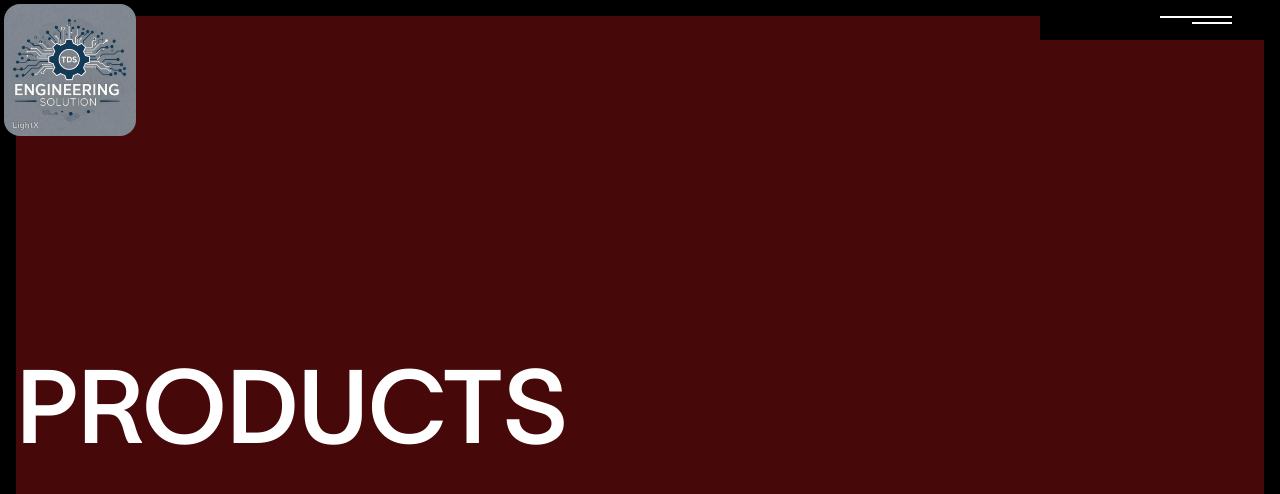
Repository: pallavikhairnar171-frontend/start-up
Page: /product
An editor plug-in stored every save of this project. The page is shown before and after the next save, followed by the edit.
The browser window is 1280 px wide. The pictures show the part of the page from y = 0 to 494 px (the page is 4806 px tall before and 720 px after).
Pictures or frames that could not be fetched are drawn as grey boxes. The project was rebuilt for these pictures with package versions that can differ from the ones it lists, and the page was loaded fresh each time. Also part of the build but not shown: vite.config.js, src/components/Home/Video.jsx, src/components/Home/HomeTopText.jsx, src/components/Home/HomeBottomText.jsx, src/Pages/Home.jsx, src/Pages/About.jsx, src/Pages/Contact.jsx.

Above is the page before, as saved 2025-09-19 16:43:49.

### src/main.jsx
import { StrictMode } from "react";
import { createRoot } from "react-dom/client";
import "./index.css";
import App from "./App.jsx";
import { BrowserRouter } from "react-router-dom";
import Onloading from "./components/common/Onloading.jsx";
import NavContext, { NavBarContext } from "./context/NavContext.jsx";

createRoot(document.getElementById("root")).render(
  <StrictMode>
    <BrowserRouter>
      <Onloading>
       <NavContext>
        <App />
       </NavContext>
      </Onloading>
    </BrowserRouter>
  </StrictMode>
);

### src/index.css
@import "tailwindcss";

@font-face{
  font-family: font1;
  src: url('../public/font/Lausanne-300.woff2');
}
@font-face{
  font-family: font2;
  src: url('../public/font/Lausanne-500.woff2');
}
body{
  background: black;

}
.moveLink{
  opacity: 0;
   transition: all ease 0.5s;
}
.link:hover .moveLink{
  opacity: 1;

}
.moveX{
animation-name: moveAnimation;
animation-duration: 10s;
animation-iteration-count: infinite;
animation-timing-function: linear;
}
@keyframes moveAnimation {
  from{
    transform: translate(0);
  }
  to{
    transform: translateX(-100%);
  }
}

### src/App.jsx
import React, {  } from "react";
import { Route, Routes } from "react-router-dom";
import Home from "./Pages/Home";
import Product from "./Pages/Product";
import About from "./Pages/About";
import Contact from "./Pages/Contact";
import Navbar from "./components/Navigations/Navbar";
import NavbarPage from "./components/Navigations/NavbarPage";

const App = () => {

  return (
    <div className="text-white ">
      <Navbar />

      <NavbarPage></NavbarPage>

      <Routes>
        <Route path="/" element={<Home />} />
        <Route path="/product" element={<Product />} />
        <Route path="/about" element={<About />} />
        <Route path="/contact" element={<Contact />} />
      </Routes>
    </div>
  );
};

export default App;

### src/components/common/Onloading.jsx
import React, { useRef } from "react";
import { useGSAP } from "@gsap/react";
import gsap from "gsap";
import { useLocation } from "react-router-dom";

const Onloading = (props) => {
  const animParentRef = useRef(null);
  const childDivRef =useRef(null);
  const currentPath =useLocation().pathname
  console.log(currentPath ,props);
  useGSAP(function () {

       const tl = gsap.timeline();
    tl.to(animParentRef.current, {
      display: "block",
    });
    tl.from(".anim", {
      height: 0,
      stagger: {
        amount: -0.25,
      },
    });
    tl.to(".anim", {
      y: "100%",
      duration: 1,
      stagger: {
        amount: -0.25,
      },
    });
    tl.to(animParentRef.current, {
      display: "none",
    });
    tl.to(".anim", {
      y: "0%",
    });
    gsap.from(childDivRef.current,{
      opacity:0,
      delay:1.3,
      scale:1.2
    })


  },[currentPath]);

  return (
    <div>
      <div ref={animParentRef} className="h-screen w-full  fixed z-20 top-0">
        <div className="h-full w-full flex  ">
          <div className="anim h-full w-1/5 bg-black"></div>
          <div className="anim h-full w-1/5 bg-black"></div>
          <div className="anim h-full w-1/5 bg-black"></div>
          <div className="anim h-full w-1/5 bg-black"></div>
          <div className="anim h-full w-1/5 bg-black"></div>
        </div>
      </div>
      <div ref={childDivRef}>
        { props.children}
      </div>
    </div>
  );
};

export default Onloading;

### src/context/NavContext.jsx
import React from 'react'
import { useState } from 'react'
import { createContext } from 'react'

export const NavBarContext=  createContext()
const NavContext = ({children}) => {
    const [navShoe, setNavShow] = useState(false)
  return (
    <div>
   <NavBarContext.Provider value={ [navShoe, setNavShow]}>
    {children}
   </NavBarContext.Provider>

    </div>
  )
}

export default NavContext

### src/Pages/Product.jsx
import React from "react";
import { imageArray } from "../data.jsx/data";
import ProductCard from "../components/Product/ProductCard";

const Product = () => {

  return (
    <div className="p-4">
      <div className="bg-red-950 pt-[45vh]">
        <h2 className="font-[font2] text-[8vw] uppercase">Products</h2>
      </div>
      <div>

        {imageArray.map((el,index)=><ProductCard key={index} data={el} />)}

      </div>
    </div>
  );
};

export default Product;

### src/components/Navigations/Navbar.jsx
import React, { use, useContext, useRef } from "react";
import logo from "../../assets/logo.jpg";
import { NavBarContext } from "../../context/NavContext";

const Navbar = () => {
  const hoverDiv = useRef(null);
  const [openNav, setOpenNav] = useContext(NavBarContext);
  return (
    <div className="flex justify-between z-4 fixed items-start w-full">
      <div className="h-35 w-35 p-1">
        <img className="h-full w-full rounded-2xl" src={logo} alt="" />
      </div>
      <div
        onMouseEnter={() => {
          hoverDiv.current.style.height = "100%";
        }}
        onMouseLeave={() => {
          hoverDiv.current.style.height = "0%";
        }}
        className="h-10 relative bg-black w-60"
      >
        <div
          ref={hoverDiv}
          className="bg-red-200 transition-all absolute top-0 h-0 w-full"
        ></div>
        <div className=" relative h-full px-12 flex flex-col justify-center items-end gap-1" onClick={()=>setOpenNav(true)}>
          <div className="w-18 h-0.5 bg-white"></div>
          <div className="w-10 h-0.5 bg-white"></div>
        </div>
      </div>
    </div>
  );
};

export default Navbar;

### src/components/Navigations/NavbarPage.jsx
import React, { useRef } from "react";
import img from "../../assets/slider/img.jpg";
import img1 from "../../assets/slider/img1.jpg";
import img2 from "../../assets/slider/img2.jpg";
import img3 from "../../assets/slider/img3.jpg";
import img4 from "../../assets/slider/img4.jpg";

import logo from "../../assets/logo.jpg";
import Onloading from "../common/Onloading";
import { useGSAP } from "@gsap/react";
import gsap from "gsap";
import { useContext } from "react";
import NavContext, { NavBarContext } from "../../context/NavContext";

const NavbarPage = () => {
  const [navOpen, SetNavOpen] = useContext(NavBarContext);
  console.log(navOpen, "========");
  const fullScreenNav = useRef(null);
  const fullScreenDiv = useRef(null);
  const gsapAnimation = ()=>{
      const tl = gsap.timeline()
        tl.to('.fullScreen_Nav', {
            display: 'block'
        })
        tl.to('.animi', {
            delay: 0.2,
            height: '100%',
            stagger: {
                amount: -0.3
            }
        })
        tl.to('.link', {
            opacity: 1,
            rotateX: 0,
            stagger: {
                amount: 0.3
            }
        })
        tl.to('.nav_link', {
            opacity: 1
        })


  }

  const gsapAnimationRevers =()=>{
     const tl = gsap.timeline()
        tl.to('.link', {
            opacity: 0,
            rotateX: 90,
            stagger: {
                amount: 0.1
            }
        })
        tl.to('.animi', {
            height: 0,
            stagger: {
                amount: 0.1
            }
        })
        tl.to('.nav_link', {
            opacity: 0
        })
        tl.to('.fullScreen_Nav', {
            display: 'none',
        })
  }

  useGSAP(
    function () {
      if (navOpen) {

        gsapAnimation()

      } else {
        gsapAnimationRevers()

      }
    },
    [navOpen]
  );

  return (
    <div
      ref={fullScreenDiv}
      id="fullScreen"
      className="hidden fullScreen_Nav h-screen z-50 overflow-hidden  w-full absolute bg-black"
    >
      <div className="h-screen w-full fixed">
        <div className="h-full w-full flex  ">
          <div className="animi h-full w-1/5 bg-black"></div>
          <div className="animi h-full w-1/5 bg-black"></div>
          <div className="animi h-full w-1/5 bg-black"></div>
          <div className="animi h-full w-1/5 bg-black"></div>
          <div className="animi h-full w-1/5 bg-black"></div>
        </div>
      </div>
      <div ref={fullScreenNav} className="relative">
        <div className="nav_link flex w-full p-5 justify-between items-start">
          <div className="h-35 w-35 p-1">
            <img className="h-full w-full rounded-2xl" src={logo} alt="" />
          </div>
          <div
            className="h-28 relative  w-28 cursor-pointer"
            onClick={() => SetNavOpen(false)}
          >
            <div className="h-40 w-0.5 -rotate-45 origin-top absolute bg-white"></div>
            <div className="h-40 w-0.5 right-0 rotate-45 origin-top absolute bg-white"></div>
          </div>
        </div>
        <div id="all-linkk" className="py-40">
          <div className="link origin-top relative  border-t-1 ">
            <h1 className="font-[font2]  text-[6vw] uppercase leading-[0.7] pt-4 text-center">
              Product
            </h1>
            <div className="absolute moveLink top-0 flex">
              <div className="moveX flex bg-amber-950   items-center">
                <h2 className="whitespace-nowrap font-[font2]  text-[6vw] uppercase leading-[0.7] pt-4 text-center">
                  Pour top viss
                </h2>
                <img
                  className="h-18 w-60 shrink-0 rounded-full object-cover"
                  src={img}
                  alt=""
                />
                <h2 className="whitespace-nowrap font-[font2]  text-[6vw] uppercase leading-[0.7] pt-4 text-center">
                  Pour top viss
                </h2>
                <img
                  className="h-18 w-60 shrink-0 rounded-full object-cover"
                  src={img2}
                  alt=""
                />
              </div>

              <div className="moveX flex bg-amber-950   items-center">
                <h2 className="whitespace-nowrap font-[font2]  text-[6vw] uppercase leading-[0.7] pt-4 text-center">
                  Pour top viss
                </h2>
                <img
                  className="h-18 w-60 shrink-0 rounded-full object-cover"
                  src={img1}
                  alt=""
                />
                <h2 className="whitespace-nowrap font-[font2]  text-[6vw] uppercase leading-[0.7] pt-4 text-center">
                  Pour top viss
                </h2>
                <img
                  className="h-18 w-60 shrink-0 rounded-full object-cover"
                  src={img3}
                  alt=""
                />
              </div>
            </div>
          </div>
          <div className="link origin-top relative  border-t-1 ">
            <h1 className="font-[font2]  text-[6vw] uppercase leading-[0.7] pt-4 text-center">
              About
            </h1>
            <div className="absolute moveLink top-0 flex">
              <div className="moveX flex bg-amber-950   items-center">
                <h2 className="whitespace-nowrap font-[font2]  text-[6vw] uppercase leading-[0.7] pt-4 text-center">
                  Pour top viss
                </h2>
                <img
                  className="h-18 w-60 shrink-0 rounded-full object-cover"
                  src={img}
                  alt=""
                />
                <h2 className="whitespace-nowrap font-[font2]  text-[6vw] uppercase leading-[0.7] pt-4 text-center">
                  Pour top viss
                </h2>
                <img
                  className="h-18 w-60 shrink-0 rounded-full object-cover"
                  src={img2}
                  alt=""
                />
              </div>
              <div className="moveX flex bg-amber-950   items-center">
                <h2 className="whitespace-nowrap font-[font2]  text-[6vw] uppercase leading-[0.7] pt-4 text-center">
                  Pour top viss
                </h2>
                <img
                  className="h-18 w-60 shrink-0 rounded-full object-cover"
                  src={img1}
                  alt=""
                />
                <h2 className="whitespace-nowrap font-[font2]  text-[6vw] uppercase leading-[0.7] pt-4 text-center">
                  Pour top viss
                </h2>
                <img
                  className="h-18 w-60 shrink-0 rounded-full object-cover"
                  src={img3}
                  alt=""
                />
              </div>
            </div>
          </div>
          <div className="link origin-top relative  border-y-1 ">
            <h1 className="font-[font2]  text-[6vw] uppercase leading-[0.7] pt-4 text-center">
              Contact
            </h1>
            <div className="absolute moveLink top-0 flex">
              <div className="moveX flex bg-amber-950   items-center">
                <h2 className="whitespace-nowrap font-[font2]  text-[6vw] uppercase leading-[0.7] pt-4 text-center">
                  Pour top viss
                </h2>
                <img
                  className="h-18 w-60 shrink-0 rounded-full object-cover"
                  src={img}
                  alt=""
                />
                <h2 className="whitespace-nowrap font-[font2]  text-[6vw] uppercase leading-[0.7] pt-4 text-center">
                  Pour top viss
                </h2>
                <img
                  className="h-18 w-60 shrink-0 rounded-full object-cover"
                  src={img2}
                  alt=""
                />
              </div>
              <div className="moveX flex bg-amber-950   items-center">
                <h2 className="whitespace-nowrap font-[font2]  text-[6vw] uppercase leading-[0.7] pt-4 text-center">
                  Pour top viss
                </h2>
                <img
                  className="h-18 w-60 shrink-0 rounded-full object-cover"
                  src={img1}
                  alt=""
                />
                <h2 className="whitespace-nowrap font-[font2]  text-[6vw] uppercase leading-[0.7] pt-4 text-center">
                  Pour top viss
                </h2>
                <img
                  className="h-18 w-60 shrink-0 rounded-full object-cover"
                  src={img3}
                  alt=""
                />
              </div>
            </div>
          </div>
        </div>
      </div>
    </div>
  );
};

export default NavbarPage;

### src/data.jsx/data.jsx
import prod from "../assets/product/prod.png";
import prod1 from "../assets/product/prod1.jpg";
import prod2 from "../assets/product/prod2.jpg";
import prod3 from "../assets/product/prod3.jpg";
import prod4 from "../assets/product/prod4.jpg";
import prod5 from "../assets/product/prod5.png";
import prod6 from '../assets/product/prod6 (1).png';
import prod7 from "../assets/product/prod6 (2).png";
import prod8 from "../assets/product/prod6 (3).png";
import prod9 from "../assets/product/prod6 (4).png";
import prod10 from "../assets/product/prod6 (5).png";
import prod11 from "../assets/product/prod6 (6).png";


export const imageArray = [
  {
    ima:[prod,prod1],
    head: "Cnc machined part",
    text: "Custom-made precision components designed to your specifications.",
  },
   {
    ima: [prod2 , prod3],
    head: "Cnc machined part",
    text: "Durable and Accurate components for industrial and automotive use.",
  },
   {
    ima: [prod5,prod4],
    head: "Industrial Component",
    text: "Durable and Accurate components for industrial and automotive use.",
  },
   {
    ima: [prod6,prod7],
    head: "Prototype Development",
    text: "Transforming ideas into working models with precision engineering.",
  },
   {
    ima: [prod8,prod9],
    head: "Metal and Alloy parts",
    text: "Strong and reliable parts built for heavy-duty applications.",
  },
   {
    ima: [prod9,prod10],
    head: "Cnc machined part",
    text: "Custom-made precision components designed to your specifications.",
  },
];

### src/components/Product/ProductCard.jsx
import React from 'react'

const ProductCard = (prop) => {

console.log(prop)
  return (
    <div>
       <div className="w-full  h-[700px] mb-4 flex gap-4 bg-amber-200 ">
          <div className="w-1/2 group transition-all relative rounded-none hover:rounded-[70px] overflow-hidden h-full bg-green-700">
          {/* <img className="h-full w-full object-cover " src={prop.data.img[0]} alt="" /> */}
          <div className="opacity-0 transition-all group-hover:opacity-100 absolute top-0 flex  items-center justify-center left-0 w-full  h-full">
            <h2 className="uppercase text-3xl font-[font1]  border-4 pt-4 px-8 text-white border-white rounded-full">{prop.data.head}</h2>
          </div>
          </div>
            <div className="w-1/2 group transition-all relative rounded-none hover:rounded-[70px] overflow-hidden h-full bg-green-700">
          {/* <img className="h-full w-full object-cover " src={prop.data.img[1]} alt="" /> */}
          <div className="opacity-0 transition-all group-hover:opacity-100 absolute top-0 flex  items-center justify-center left-0 w-full  h-full">
            <h2 className="uppercase text-3xl font-[font1]  border-4 pt-4 px-8 text-white border-white rounded-full">{prop.data.head}</h2>
          </div>
          </div>

        </div>
    </div>
  )
}

export default ProductCard

Loaded but not shown: index.html (common file)

After the next save:
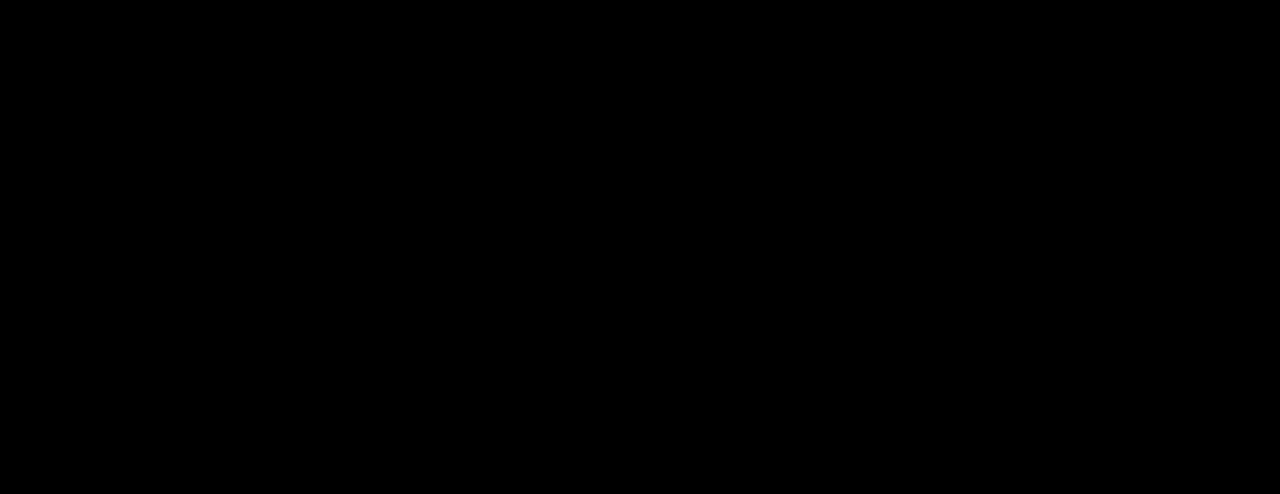
Console error: TypeError: Cannot read properties of undefined (reading '0')
Saved 29 s later.
--- a/src/components/Product/ProductCard.jsx
+++ b/src/components/Product/ProductCard.jsx
@@ -7,13 +7,13 @@
     <div>
        <div className="w-full  h-[700px] mb-4 flex gap-4 bg-amber-200 ">
           <div className="w-1/2 group transition-all relative rounded-none hover:rounded-[70px] overflow-hidden h-full bg-green-700">
-          {/* <img className="h-full w-full object-cover " src={prop.data.img[0]} alt="" /> */}
+          <img className="h-full w-full object-cover " src={prop.data.img[0]} alt="" />
           <div className="opacity-0 transition-all group-hover:opacity-100 absolute top-0 flex  items-center justify-center left-0 w-full  h-full">
             <h2 className="uppercase text-3xl font-[font1]  border-4 pt-4 px-8 text-white border-white rounded-full">{prop.data.head}</h2>
           </div>
           </div>
             <div className="w-1/2 group transition-all relative rounded-none hover:rounded-[70px] overflow-hidden h-full bg-green-700">
-          {/* <img className="h-full w-full object-cover " src={prop.data.img[1]} alt="" /> */}
+          <img className="h-full w-full object-cover " src={prop.data.img[1]} alt="" />
           <div className="opacity-0 transition-all group-hover:opacity-100 absolute top-0 flex  items-center justify-center left-0 w-full  h-full">
             <h2 className="uppercase text-3xl font-[font1]  border-4 pt-4 px-8 text-white border-white rounded-full">{prop.data.head}</h2>
           </div>

After the save that followed:
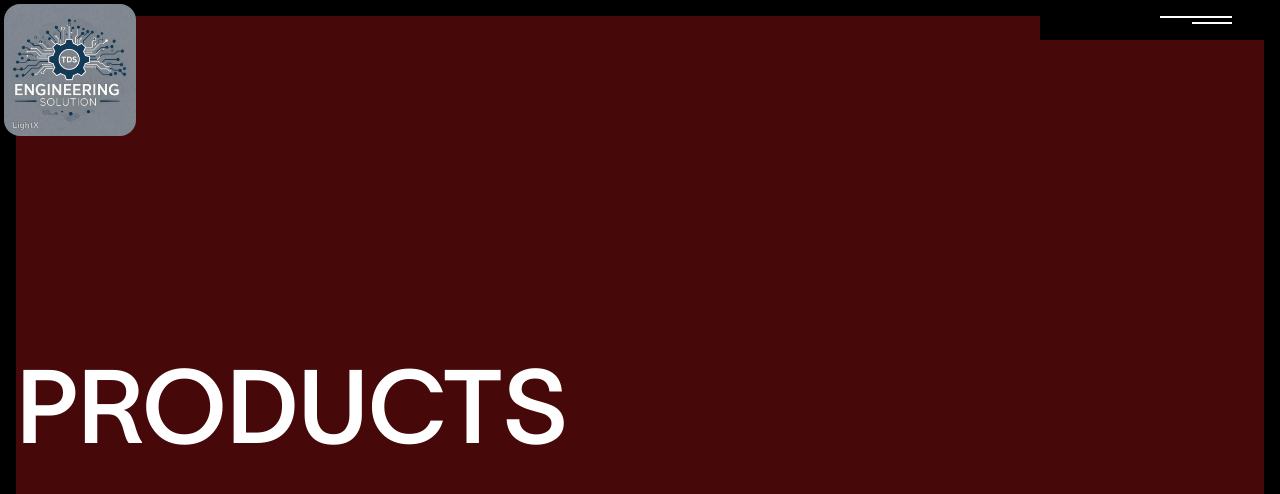
The error is gone.
Saved 2 min 11 s later.
--- a/src/components/Product/ProductCard.jsx
+++ b/src/components/Product/ProductCard.jsx
@@ -7,13 +7,13 @@
     <div>
        <div className="w-full  h-[700px] mb-4 flex gap-4 bg-amber-200 ">
           <div className="w-1/2 group transition-all relative rounded-none hover:rounded-[70px] overflow-hidden h-full bg-green-700">
-          <img className="h-full w-full object-cover " src={prop.data.img[0]} alt="" />
+          <img className="h-full w-full object-cover " src={prop.data.ima[0]} alt="" />
           <div className="opacity-0 transition-all group-hover:opacity-100 absolute top-0 flex  items-center justify-center left-0 w-full  h-full">
             <h2 className="uppercase text-3xl font-[font1]  border-4 pt-4 px-8 text-white border-white rounded-full">{prop.data.head}</h2>
           </div>
           </div>
             <div className="w-1/2 group transition-all relative rounded-none hover:rounded-[70px] overflow-hidden h-full bg-green-700">
-          <img className="h-full w-full object-cover " src={prop.data.img[1]} alt="" />
+          <img className="h-full w-full object-cover " src={prop.data.ima[1]} alt="" />
           <div className="opacity-0 transition-all group-hover:opacity-100 absolute top-0 flex  items-center justify-center left-0 w-full  h-full">
             <h2 className="uppercase text-3xl font-[font1]  border-4 pt-4 px-8 text-white border-white rounded-full">{prop.data.head}</h2>
           </div>
